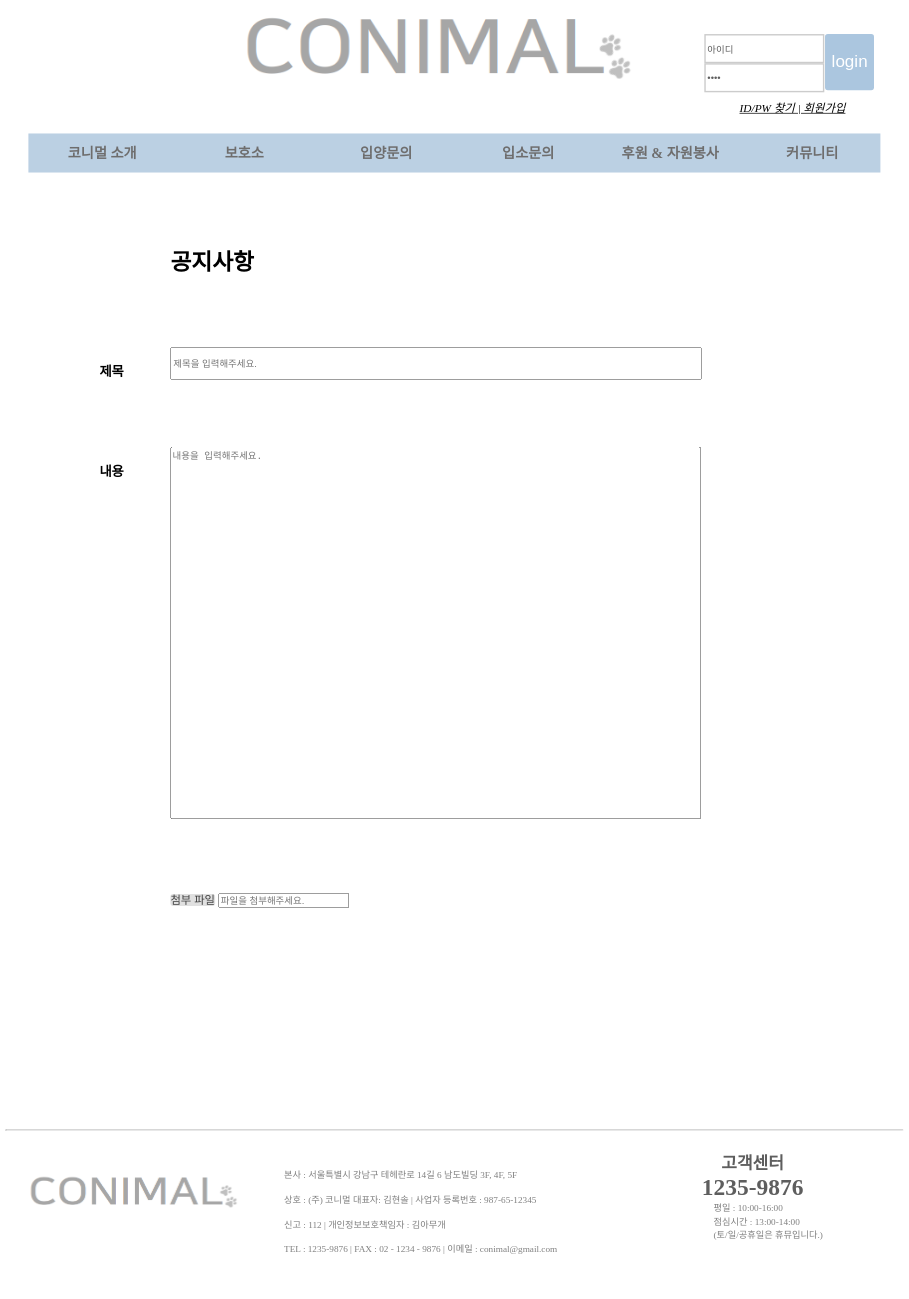
Repository: rlagusthf12/SemiProject
Page: http://localhost/jspProject/views/notice/writeNotice.jsp
The author's editor kept a copy of each file at every save. The page is drawn from the files as they stood at one save, then again after the next save.
The browser window is 1280 px wide. The pictures show the whole page, at 71% of full size.
The page is served by Tomcat 9. Other server files are loaded and not shown.

Above is the page before, as saved 2021-05-18 08:03:44.

### jspProject/WebContent/views/notice/writeNotice.jsp
<%@ page language="java" contentType="text/html; charset=UTF-8"
    pageEncoding="UTF-8"%>
<!DOCTYPE html>
<html>
<head>
<meta charset="UTF-8">
<title>Insert title here</title>
</head>
<style>
.body{
		width: 1000px;
        height: 1240px;
        margin: 0 auto;
        margin-top:30px;
	}
h3{
float:left;
}
.headTitle{
	margin:100px;
}
.title{
width:741px;
height:40px;
margin:100px;
}
.title>input{
width:100%;
height:100%;
}

.content{
width:741px;
height:519px;
margin:100px;
}
.content>textarea{
resize:none;
width:100%;
height:100%;
}
.attachment{
width:741px;
height:40px;
margin:100px;
}
.attachmentbtn{
border-radius:4px;
font-size: 16px;
color: rgb(64, 64, 64);
 text-align: center;
 line-height: 2.5em;
background-color: rgb(224, 224, 224);
}
#inputfile{
display:none;
}


</style>
<body>
<%@ include file="../common/menubar.jsp" %>

  <div class="body">

  <div class="headTitle">
 	<h1>공지사항</h1>
  </div>

  <h3>제목</h3>
  <div class="title">

  <input type="text" placeholder="제목을 입력해주세요.">
  </div>
   <h3>내용</h3>
  <div class="content">
  <textarea placeholder="내용을 입력해주세요."></textarea>
  </div>
  <div class="attachment">
   <input type="file" id="inputfile">

  <label class="attachmentbtn" for="inputfile">첨부 파일</label>
  <input type="text" placeholder="파일을 첨부해주세요.">

  </div>


  </div>

<%@ include file="../common/footerbar.jsp" %>

</body>
</html>

### jspProject/WebContent/views/common/menubar.jsp
<%@ page language="java" contentType="text/html; charset=UTF-8"
    pageEncoding="UTF-8"%>
<!DOCTYPE html>
<html>
<head>
<meta charset="UTF-8">
<title>Insert title here</title>

<style>
    .on{
         width: 1200px;
         height: 180px;
         margin: 0 auto;
         }
    .mainLogo{

        margin-left: 302px;

    }

    .login {
        float:right;
        margin-top:40px;
     }
   #loginform>*{

    float:left;
    }
    .id_pwd{width: 65%; height: 70px; } .loginbtn{width: 35%;}

    .pwd,.id{
        color: rgb(94, 94, 94);
        border-style: solid;
        border-color: rgb(204, 204, 204);
        width:100%;
        height:50%;
    }
    .loginbtn>input{
        font-size: 24px;
        width: 80%;
        height: 100%;
        color: rgb(255, 255, 255);
        line-height: 3.2em;
        background-color: rgb(171, 198, 223);
        text-align: center;
        border-radius: 4px;
        border:0px;
    }

    .find{
    text-decoration-line: underline;
    font-style: italic;
    font-size: 16px;
    line-height: 3.2em;
    }

    .navi{
            width: 1200px; height: 55px;
            background-color: rgb(187, 208, 227);
            margin: 0 auto;
     }
     #navi1{
            list-style-type:none;
            margin:0;
            padding:0;
            height:100%;
            text-decoration:none;

        }

        #navi1>li{
            margin-left: 8px;
            float:left;
            width:16%;
            height:100%;
            text-align:center;
        }
        #navi1 a{
            line-height: 2.8em;
            font-size: 20px;
            color: rgb(110, 109, 109);
            font-family: HanSans;
            width: 16.6%;
            font-weight: bold;
            cursor:pointer;
            height:100%;
            width:100%;
            display:block;
            text-decoration:none;
            z-index: 6;
        }
        #navi1 a:hover{color: white;}
        #navi1>li>ul{
            list-style-type:none;
            display:none;
            margin-top:0px;
            padding:10px;
            background-color: rgb(184, 183, 183);
            font-family: HanSans;
            line-height: 2.8em;
            font-size: 20px;
            position: relative;
            z-index: 6;
        }
        #navi1>li>ul a{font-size:15px;}
        #navi1>li>a:hover+ul{display:block;}
        #navi1>li>ul:hover{display:block;}
     </style>
</head>

<body>

            <div class="on">

                    <image src="resources/images/mainLogo.png" width="558px" height="120px" class="mainLogo">

                        <div class="login" align="center">

                            <form action="" id="loginform">

                                <div class="id_pwd">
                                    <input type="text" class="id" value="아이디"><br>
                                    <input type="password" class="pwd" value="비밀번호" >
                                </div>

                                <div class="loginbtn">
                                    <input type="submit" value="login">
                                </div>
                            </form>
                            <span class="find">ID/PW 찾기 | 회원가입</span>
                        </div>

            </div>
            <div class="navi">
                    <ul id="navi1" >
                        <li><a href="">코니멀 소개</a></li>
                        <li><a href="">보호소</a></li>
                        <li><a href="">입양문의</a>
                            <ul>
                                <li><a href="">보호중인 동물</a></li>
                                <li><a href="">입양 절차</a></li>
                                <li><a href="">입양 신청</a></li>
                                <li><a href="">입양 후기</a></li>
                            </ul>
                        </li>
                        <li><a href="">입소문의</a>
                            <ul>
                                <li><a href="">입소 절차</a></li>
                                <li><a href="">입소 신청</a></li>
                            </ul>
                        </li>
                        <li><a href="">후원 &amp; 자원봉사</a>
                        <ul>
                            <li><a href="">자원봉사</a></li>
                            <li><a href="">후원</a></li>
                        </ul>
                      </li>
                        <li><a href="">커뮤니티</a>
                        <ul>
                            <li><a href="">자유 게시판</a></li>
                            <li><a href="">공지사항</a></li>
                            <li><a href="">고객센터</a></li>
                        </ul>
                    </li>
                    </ul>
            </div>


</body>
</html>

### jspProject/WebContent/views/common/footerbar.jsp
<%@ page language="java" contentType="text/html; charset=UTF-8"
    pageEncoding="UTF-8"%>
<!DOCTYPE html>
<html>
<head>
<meta charset="UTF-8">
<title>Insert title here</title>
<style>


 .footerbar{

         width: 1200px;
         height: 180px;
         margin: 0 auto;
     }
     .call{
         width:30%;
         height: 100%;
         float:left;
         margin-left: 60px;
     }

     .minLogo{

         padding-top: 30px;
         height: 100%;
         float:left;
     }
     .ex{
        width:40%;
        float:left;
        height:100%;
        padding-top: 25px;
    }
     .ect{

        font-size: 13px;
        color: rgb(127, 127, 127);
        text-align: left;
        width:450px;
        padding-left: 60px;

     }
     .ect2{
        font-weight: bold; font-size: 24px; text-align: center; color: rgb(94, 94, 94);
     }
     .ect3{
        font-weight: bold; font-size: 33px; text-align: center; color: rgb(94, 94, 94);
     }
     #al{
        width: 250px;
        padding-left: 125px;
     }


</style>
</head>
<body>
            <hr>
            <br>
            <div class="footerbar">
            <div class="minLogo">
                <div>
                 <image src="resources/images/mainLogo.png" width="300" height="60"></image>
                </div>
            </div>
            <div class="ex">
             <div class="ect">
                    본사 : 서울특별시 강남구 테헤란로 14길 6 남도빌딩 3F, 4F, 5F<br><br>

                    상호 : (주) 코니멀 대표자: 김현솔 | 사업자 등록번호 : 987-65-12345 <br><br>

                    신고 : 112 | 개인정보보호책임자 : 김아무개<br><br>

                    TEL : 1235-9876 | FAX : 02 - 1234 - 9876 | 이메일  :  conimal@gmail.com
              </div>
            </div>


            <div class="call">
                <div class="ect2" >
                    고객센터
                    <div class="ect3">
                    1235-9876

                    </div>
                </div>

                <div class="ect" id="al">
                    평일 : 10:00-16:00<br>
                    점심시간 : 13:00-14:00<br>
                    (토/일/공휴일은 휴뮤입니다.)
                </div>

            </div>
            </div>


</body>
</html>

After the next save:
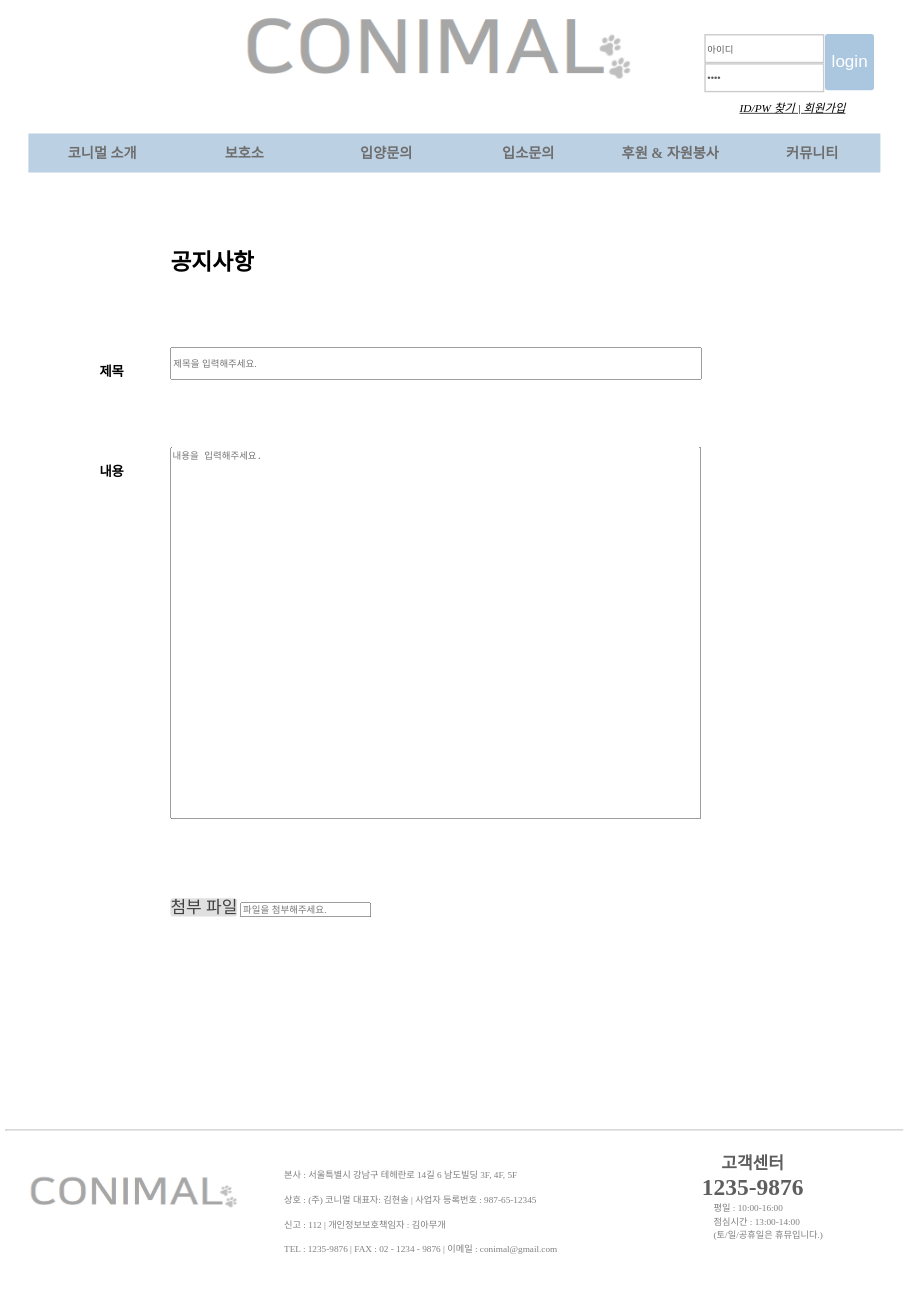
Saved 14 s later.
--- a/jspProject/WebContent/views/notice/writeNotice.jsp
+++ b/jspProject/WebContent/views/notice/writeNotice.jsp
@@ -46,7 +46,7 @@
 }
 .attachmentbtn{
 border-radius:4px;
-font-size: 16px;
+font-size: 24px;
 color: rgb(64, 64, 64);
  text-align: center;
  line-height: 2.5em;

After the save that followed:
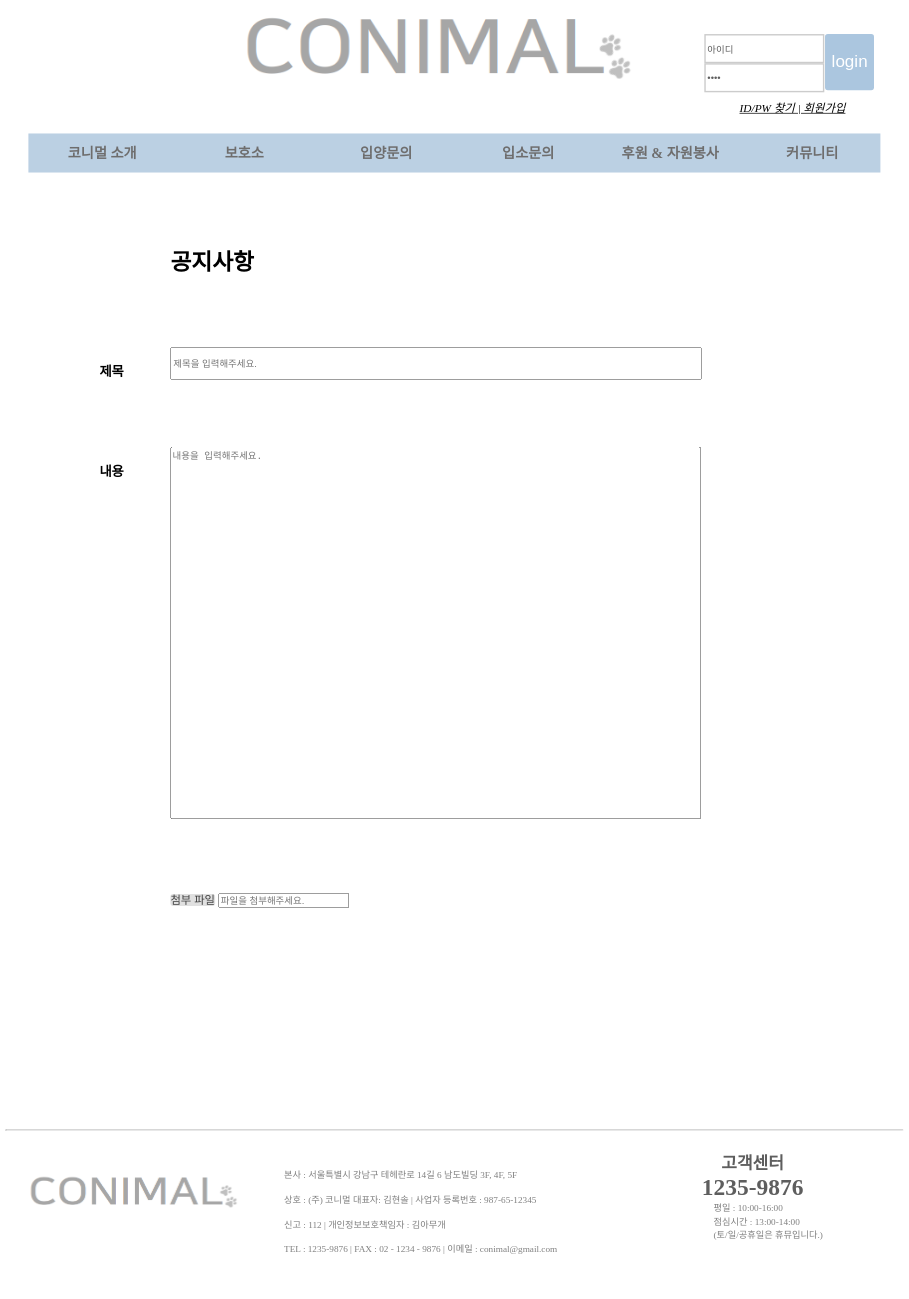
Saved 5 s later.
--- a/jspProject/WebContent/views/notice/writeNotice.jsp
+++ b/jspProject/WebContent/views/notice/writeNotice.jsp
@@ -46,7 +46,7 @@
 }
 .attachmentbtn{
 border-radius:4px;
-font-size: 24px;
+font-size: 16px;
 color: rgb(64, 64, 64);
  text-align: center;
  line-height: 2.5em;
